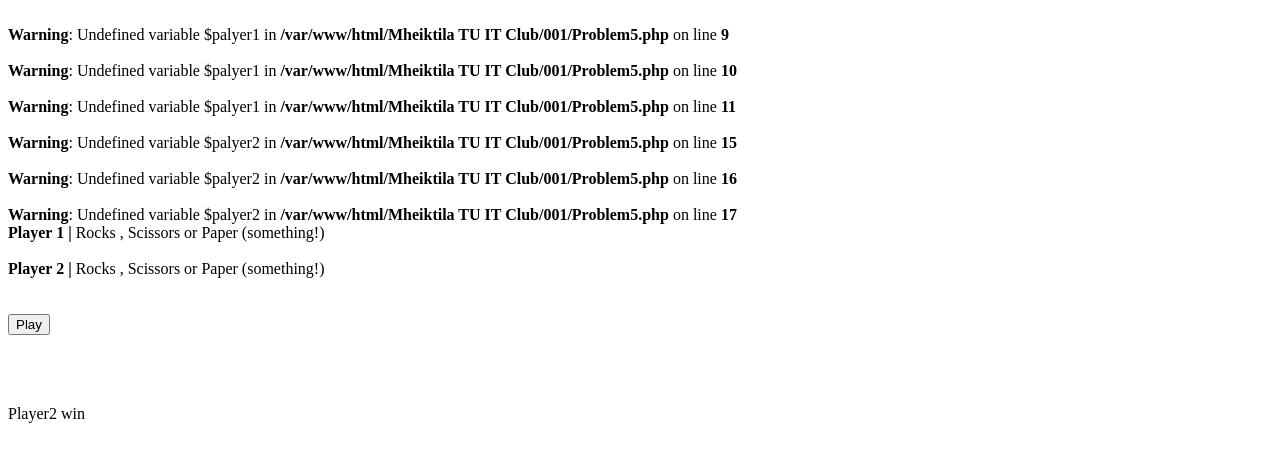
Repository: zinminkhantoo/assignment01
Page: http://localhost/Mheiktila TU IT Club/001/Problem5.php
These files come from the project's save history. The page is drawn as it stood at one moment and after the next save; the edit follows.
The browser window is 1280 px wide. The pictures show the whole page.
The page is run by PHP 8.4 with error messages shown; the project is at /var/www/html/.

Above is the page before, as saved 2020-04-15 17:27:12.

After the next save:
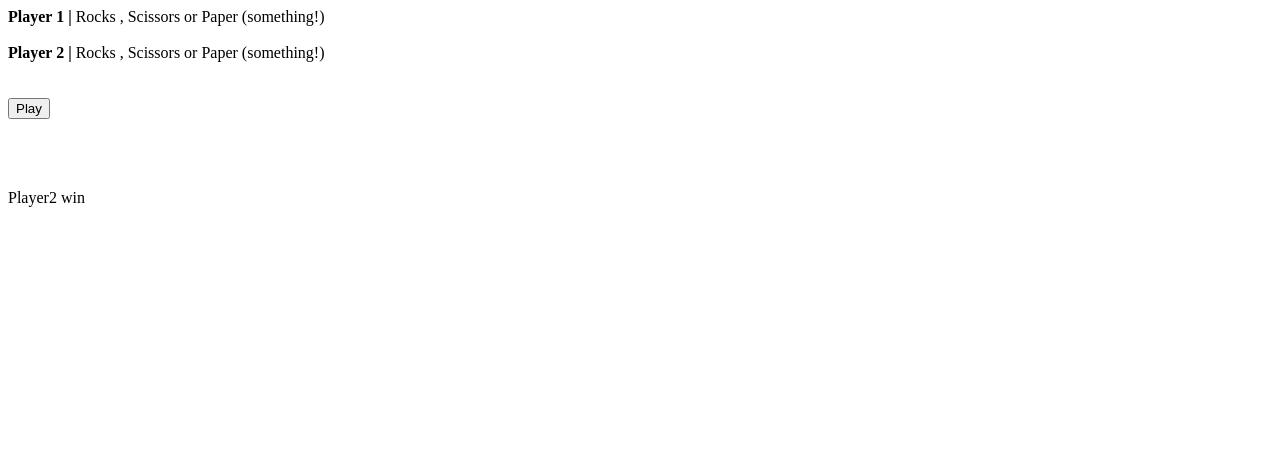
Saved 2 min 12 s later.
--- a/Test/Mheiktila TU IT Club/001/Problem5.php
+++ b/Test/Mheiktila TU IT Club/001/Problem5.php
@@ -5,13 +5,13 @@
     $P2win = 0;
     $stateP1 = null;
     $stateP2 = null;
-    switch ($palyer1) {
+    switch ($player1) {
         case 1: $stateP1 = "rock";break;
         case 1: $stateP1 = "scissors";break;
         case 1: $stateP1 = "paper";break;
     }
 
-    switch ($palyer2) {
+    switch ($player2) {
         case 1: $stateP2 = "rock";break;
         case 1: $stateP2 = "scissors";break;
         case 1: $stateP2 = "paper";break;
